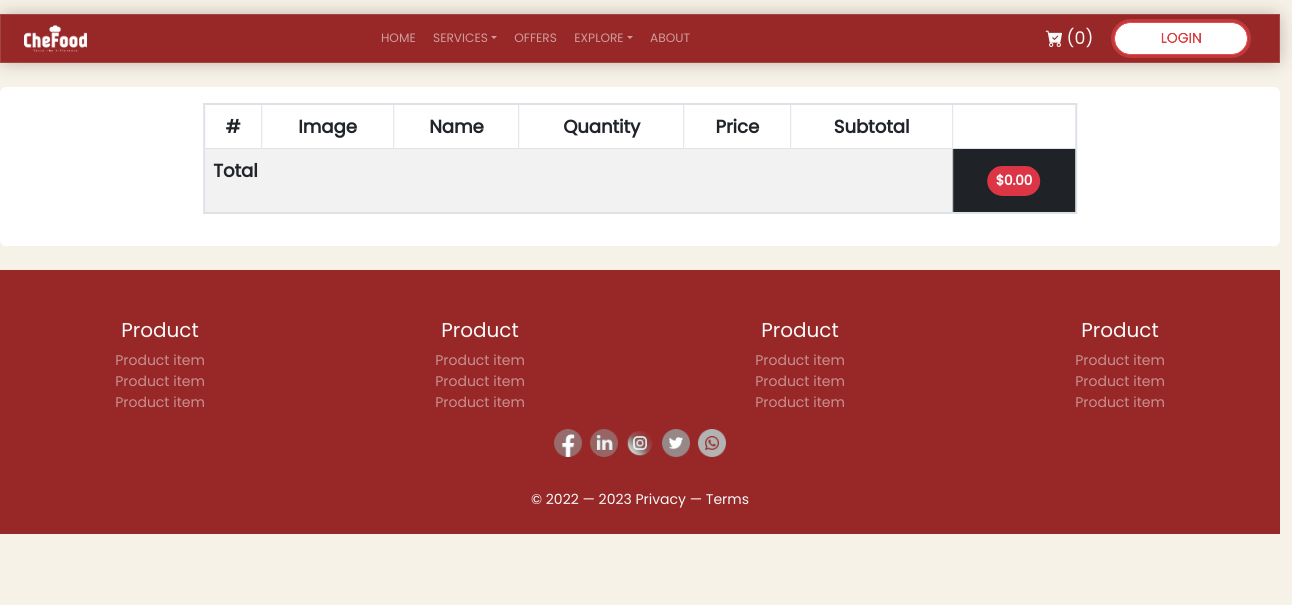
Repository: qamchamine/chefood
Page: /cart (app in front-end/)
The author's editor kept a copy of each file at every save. The page is drawn from the files as they stood at one save, then again after the next save.
The browser window is 1280 px wide. The page is 1292 px wide, so the pictures cover 1292 px, including what lies to the right of the window. The pictures show the whole page.
The project was rebuilt for these pictures with package versions that can differ from the ones it lists, and the page was loaded fresh each time. Some packages were replaced by stand-ins written for this rebuild. Also part of the build but not shown: front-end/src/css/products.css, front-end/src/components/small_components/ProductCard.jsx, front-end/src/components/small_components/AddProduct.jsx, front-end/src/components/pages/sub-pages/Products.jsx, front-end/src/components/small_components/ButtonMain.jsx, front-end/src/components/small_components/HomeCard.jsx, front-end/src/components/small_components/HomeCardFullSection.jsx, front-end/src/components/pages/Home.jsx and 34 more. Imported but missing from the stored project, and not drawn on this page: front-end/src/sounds/applause.mp3, front-end/src/sounds/wheel.mp3.

Above is the page before, as saved 2023-06-25 20:06:20.

### front-end/public/index.html
<!DOCTYPE html>
<html lang="en">
  <head>
    <meta charset="utf-8" />
    <link rel="icon" href="%PUBLIC_URL%/favicon.ico" />
    <meta name="viewport" content="width=device-width, initial-scale=1" />
    <meta name="theme-color" content="#000000" />
    <meta
      name="description"
      content="Web site created using create-react-app"
    />
    <link
    rel="stylesheet"
    href="https://fonts.googleapis.com/css?family=Roboto:400,700"
  />
  <link rel="stylesheet" href="https://cdn.jsdelivr.net/npm/bootstrap-icons@1.10.5/font/bootstrap-icons.css">

    <link rel="apple-touch-icon" href="%PUBLIC_URL%/logo192.png" />
    <link rel="manifest" href="%PUBLIC_URL%/manifest.json" />

    <link rel="stylesheet" href="https://fonts.googleapis.com/icon?family=Material+Icons">

    <link rel="stylesheet" href="https://maxcdn.bootstrapcdn.com/font-awesome/4.7.0/css/font-awesome.min.css">
    <script src="https://code.jquery.com/jquery-3.5.1.min.js"></script>
    <script src="https://cdn.jsdelivr.net/npm/popper.js@1.16.0/dist/umd/popper.min.js"></script>




    <title>React App</title>
  </head>
  <body>

    <div id="root"></div>
<!--     <script src="jquery/jquery-3.6.0.js"></script>  -->
    <script src="https://unpkg.com/sweetalert/dist/sweetalert.min.js"></script>

  </body>
</html>

### front-end/src/config/ShoppingContext.jsx

  import React, { createContext, useState, useEffect } from 'react';
  import Swal from 'sweetalert2'
  import axios from 'axios';

   const ShoppingContext = createContext();

const ShoppingProvider = ({ children }) => {
/*     const [orders,setOrders] = useState([])
     */

/*       function removeFromCart(item){
        setCartItems(cartItems.filter(product => product.id !== item.id));
        Swal.fire({
          position: 'top-end',
          icon: 'success',
          title: 'Your item has been removed',
          showConfirmButton: false,
          timer: 1500
        });
      } */

      return (
    <ShoppingContext.Provider value={
        { /* orders,setOrders */
          /* products,  cartItems, removeFromCart */
        }
      }>      {children}
    </ShoppingContext.Provider>
  );
};
export { ShoppingContext, ShoppingProvider }

### front-end/src/components/Footer.jsx
import React, { useEffect } from 'react'

import Facebook from '../images/icons/facebook.png'
import Linkedin from '../images/icons/linkedin.png'
import Instagram from '../images/icons/instagram.png'
import Twitter from '../images/icons/twitter.png'
import Whatsapp from '../images/icons/whatsapp.png'
import './../css/nav-footer.css';
export default function Footer() {

    return (
        <div className='footer container-fluid' style={{ background: '#982727' }}>
            <footer className=' py-2 pt-5 d-grid text-light'>
                <div className='row justify-content-around text-center '>
                    <div className='d-grid col-6 col-sm-12 col-md-6 col-lg-4 col-xl-3'>
                        <h5>Product</h5>
                        <a className='text-decoration-none text-light opacity-50' href="">Product item</a>
                        <a className='text-decoration-none text-light opacity-50' href="">Product item</a>
                        <a className='text-decoration-none text-light opacity-50' href="">Product item</a>
                    </div>
                    <div className='d-grid col-6 col-sm-12 col-md-6 col-lg-4 col-xl-3'>
                        <h5>Product</h5>
                        <a className='text-decoration-none text-light opacity-50' href="">Product item</a>
                        <a className='text-decoration-none text-light opacity-50' href="">Product item</a>
                        <a className='text-decoration-none text-light opacity-50' href="">Product item</a>
                    </div>
                    <div className='d-grid col-6 col-sm-12 col-md-6 col-lg-4 col-xl-3'>
                        <h5>Product</h5>
                        <a className='text-decoration-none text-light opacity-50' href="">Product item</a>
                        <a className='text-decoration-none text-light opacity-50' href="">Product item</a>
                        <a className='text-decoration-none text-light opacity-50' href="">Product item</a>
                    </div>
                    <div className='d-grid col-6 col-sm-12 col-md-6 col-lg-4 col-xl-3'>
                        <h5>Product</h5>
                        <a className='text-decoration-none text-light opacity-50' href="">Product item</a>
                        <a className='text-decoration-none text-light opacity-50' href="">Product item</a>
                        <a className='text-decoration-none text-light opacity-50' href="">Product item</a>
                    </div>
                </div>
                <div className='footer-icons row justify-content-center py-3 '>
                    <div className='d-flex gap-2 justify-content-center'>
                        <a href=""> <img src={Facebook} className='footer-icon' alt="" /> </a>
                        <a href=""> <img src={Linkedin} className='footer-icon' alt="" /> </a>
                        <a href=""> <img src={Instagram} className='footer-icon' alt="" /> </a>
                        <a href=""> <img src={Twitter} className='footer-icon' alt="" /> </a>
                        <a href=""> <img src={Whatsapp} className='footer-icon' alt="" /> </a>

                    </div>
                </div>
                <div className='row justify-content-center py-3'>
                    © 2022 — 2023 Privacy — Terms
                </div>
            </footer>
        </div>

    )
}

### front-end/src/components/small_components/shopping/Cart.jsx
import React,{useContext ,useEffect, useState} from 'react';
import axios from 'axios';
import '../../../css/cart.css'
import { ShoppingContext } from '../../../config/ShoppingContext';
import { LoginContext } from '../../../config/LoginContext';
import { getProd } from '../../pages/sub-pages/Products';
export default function Cart() {
    const {orders, setOrders} = useContext(LoginContext);
    const {prod, setProd} = useContext(LoginContext);
    const {userData, setUserData} = useContext(LoginContext);
    const {isLoggedIn} = useContext(LoginContext);
    const {loading, setLoading} = useContext(LoginContext);
    const [userOrders, setUserOrders] = useState([]);

/* useEffect(() => {
  setUserOrders(orders.filter(el=>el.user_id === 1))

  console.log(userOrders);
},[]); */

    return (
        <div className="row my-4 cart-page">
            <div className="col-md-12">
                <div className="card">
                    <div className="card-body">
                        <table className="table table-hover table-striped ajouterPanierTable table-bordered">
                            <thead >
                                <tr>
                                    <th >#</th>
                                    <th >Image</th>
                                    <th >Name</th>
                                    <th >Quantity</th>
                                    <th >Price</th>
                                    <th>Subtotal</th>
                                    <th ></th>
                                </tr>
                            </thead>
                            <tbody>
                            { isLoggedIn?orders.map((item,i) => (
                                    <tr key={item.id}>

                                        <th scope="row">{i+1}</th>
                                        <td>
                {/*                             <img src={require(`../../../images/products/${prod.find(el=>el.id==item.product_id).category} (${prod.find((el,i)=>el.id===item.product_id).img}).png`)} alt={item.product_name}
                                                className="img-fluid rounded"
                                                width={60} height={60} /> */}
                                        </td>
                                        <td>{item.product_name}</td>
                                        <td>

                                            <b className="mx-2">
                                                {item.product_quantity}
                                            </b>

                                        </td>
                                        <td>{prod.find((el,i)=>el.id===item.product_id).price} <b>MAD</b> </td>
                                       <td>{(item.product_quantity * prod.find((el,i)=>el.id===item.product_id).price).toFixed(2)} MAD</td>
                                        <td>
                                            <i
                                                className="bi bi-cart-x text-danger"
                                                style={{cursor: 'pointer'}}
                                          /*       onClick={() => removeFromCart(item)} */
                                            ></i>
                                        </td>
                                    </tr>
                                )): ''
                            }
                            <tr>
                                <th colSpan={6} className="text-start">
                                    Total
                                </th>
                                <th colSpan={1} className=" bg-dark py-3">
                                    <span className="badge bg-danger text-center p-2 rounded-pill ">
                                        $
                                        {
                                            orders.reduce((acc,item) => acc += item.product_quantity * prod.find((el,i)=>el.id===item.product_id).price,0).toFixed(2)
                                        }
                                    </span>
                                </th>
                            </tr>
                            </tbody>
                        </table>
                    </div>
                </div>
            </div>
        </div>
    )
}

### front-end/src/css/home.css
.homeBG {
    height: fit-content;
    position: relative;
    right: -10%;
    top: 34%;
    z-index: -1;
    width: 100em !important;


}
@font-face {
    font-family: 'poppin';
    src: url('../fonts/Poppins/Poppins-Regular.ttf') ;
    font-weight: normal;
    font-style: normal;
  }
body {
    font-family:'poppin', sans-serif !important;
    background-color: #F7F2E7 !important;
    max-width: 100vw;
    font-weight: normal !important;
    overflow-x: hidden;
    font-size: 14px !important;
}

body::-webkit-scrollbar {
    width: 0;
}

.nb {
/*     position: fixed; */
/*     top: 1em; */
    background-color: #982727 !important;
    box-shadow: 0 0px 20px #1f020241;
    border: 1px solid #ffffff22;
}

.navbar {
    background-color: #982727 !important;
}

.changeColor {
    background-color: blue !important;
}

.signUP {
    background: white !important;
    color: #982727 !important;
    font-weight: bold !important;
    outline: 5px solid #982727ab;
    outline-offset: -2px;
    transition: 500ms ease;


}

.homeContent {
    height: 90vh;
    z-index: 0;
    margin-top: -1.5em !important;
}

.homeContent h1 {
    color: #F7F2E7;
    text-align: start;
width: 40vw !important;
}

.homeContent h1 span {
    position: relative;
    display: inline-block;
    margin-bottom: 10px;
    padding: 4px 20px 8px;
    transition: 1s ease;
}

.homeContent h1 span::before {
    content: '';
    position: absolute;
    background: #982727;
    left: 0;
    top: 0;
    z-index: -1;
    width: 100%;
    height: 100%;
    transform: skew(-10deg);
}

.homeContent h1 span:last-child::before {
    transform: skew(10deg);
}

.homeContent p {
    width: 72%;
    color: #982727;
    text-align: left;
}

.homeContent .homeMainButtons {
    width: 72%;
}

.cardBtn {
    transition: 1s ease;
}

.cardBtn:hover {
    filter: brightness(130%);

}

.cardBtn i {
    left: 63%;
    transition: 300ms ease;
}

.cardBtn:hover i {
    left: 75%;
}

.btnMain:hover {
    filter: brightness(130%);
}

.card-img-top {
    object-fit: cover;
}

.signUP:hover {

    background: #982727 !important;
    color: white !important;
    font-weight: bold !important;
    outline: 5px solid #ffffff55;
    outline-offset: -4px;
}

.cardsGroup:not(:first-child) {
    translate: 50% 0;
}

.arrow-1-1 {
    position: absolute;
    top: 50%;
    left: 0;
}

.home .carousel-control-prev-icon,
.home .carousel-control-next-icon {

    width: 1.3em;
    height: 1.3em;
    color:black !important;

    outline: 12px solid #982929;
    outline-offset: -1px;
    background-color: #982929;
    background-size: 100%, 100%;
    border-radius: 50%;
    box-shadow: 0 0 10px black;
}

.home .carousel-control-prev,
.home .carousel-control-next {
    z-index: 10;
    width: 4em !important;
/*     background: red; */

}

/* .py-4 {
    padding-top: 0rem !important;
    padding-bottom: 0rem !important;
} */

.nb{
    zoom:87%;
}

### front-end/src/css/cart.css
.ajouterPanierTable td{
    font-size: .9em;
    width: fit-content !important;
    text-align: center;
}
.ajouterPanierTable th{
    width: fit-content !important;
    text-align: center;
}
.ajouterPanierTable {
width: 70% !important;
position: relative;
left: 50%;
translate: -50% 0;
border: 2px solid black;
}
.cart-page .card {
    box-shadow:none;
}

### front-end/src/css/Reviews.css
.Reviews-color
{
  color : #982727;
  text-transform: uppercase;
  letter-spacing: 0.5em;
}
.Reviews-paragraph
{
  font-size: 0.8em;
}
.parent-card{
    margin-top:50px !important;
}
.card
{
    border: none !important;
    box-shadow: 0 4px 8px 0 rgba(0, 0, 0, 0.2), 0 6px 20px 0 rgba(0, 0, 0, 0.19);
}
.user-name
{
    color : #000D7E;
}
.description
{
    color: #982727;
    font-size: 0.75em;
}
.comment{
    margin:5px;
    font-size:0.55em;
}
.reviewCardImage{
    margin-top:16px;
}
.reviewCard:hover .reviewCardImage{
    scale:1.2;
    margin-inline:.3em;
}
.reviewCard:hover .reviewCardImage{
    transition:300ms ease;
}
.reviewCard:hover .hoverstar{
    scale:1.2;
    margin-inline:.3em;
}
.reviewCard .hoverstar{
    transition:300ms ease;
}
.reviewCardImage{
    width:40%;
    transition:300ms ease;
}

.reviewCard strong{
    left:50%;
    translate:-50% 0;
    width:100%;
    bottom:.9em;
}

.the-bottom-page{
    margin-top:25px;
    position: absolute;
    left: auto;
    right: 0;
}

@media (max-width: 1200px) { /* Extra large devices (large desktops, 1200px and up) */
    .card {
      width: 100%;
    }
    .col-4 {
      width: 33.33333333%;
    }
    strong img{
        width: 19px;
    }
  }
  @media (max-width: 1118px) { /* Large devices (desktops, 992px and up) */
    .card {
      width: 100%;
    }
    .col-4 {
        width: 33.33333333%;
    }
    strong img{
        width: 16px;
    }
  }
  @media (max-width: 992px) { /* Medium devices (tablets, 768px and up) */
    .card {
        width: 140%;
    }
  }
  @media (max-width: 770px) { /* Medium devices (tablets, 768px and up) */
    .card {
        width: 95%;
    }
    .col-4 {
        width: 25% !important;
    }
    .parent-card
    {
        --bs-gutter-x: 0.5rem;
        display: grid !important;
        grid-template-columns: repeat(2, 1fr);
    }
    .col-4 {
        margin-top:10px !important;
        width: 60% !important;
    }
  }
  @media (max-width: 716px) { /* Small devices (landscape phones, 576px and up) */

    .card {
        width: 95%;
    }
        strong img{
        width: 16px;
    }
  }
  @media only screen and (max-width: 576px){ /* Small devices (landscape phones, 576px and up) */

    .card {
        width: 95%;
    }
    .col-md-2 {
        flex: 0 0 16.666667%;
        max-width: 16.666667%;
    }
    strong img{
        width: 16px;
    }
  }

  @media only screen and (max-width: 528px){ /* Small devices (landscape phones, 576px and up) */

    .card {
        width: 70%;
        margin-left:30px;
    }
    .parent-card
    {
        --bs-gutter-x: 0.5rem;
        display: grid !important;
        grid-template-columns: repeat(1, 1fr);
    }
    .col-md-2 {
        flex: 0 0 16.666667%;
        max-width: 16.666667%;
    }
    strong img{
        width: 16px;
    }
  }

  @media only screen and (max-width: 365px){ /* Small devices (landscape phones, 576px and up) */

    .card {
        width: 80%;
        margin-left:20px;
    }
    .parent-card
    {
        --bs-gutter-x: 0.5rem;
        display: grid !important;
        grid-template-columns: repeat(1, 1fr);
    }
    .col-md-2 {
        flex: 0 0 16.666667%;
        max-width: 16.666667%;
    }
    strong img{
        width: 16px;
    }
  }

### front-end/src/css/location.css
@import url('https://fonts.googleapis.com/css2?family=Roboto:wght@100&display=swap');

.location-color
{
  color : #982727;
  text-transform: uppercase;
  letter-spacing: 0.3em;
}
.where-restorant
{
    width: 459px;
    margin:auto;
}
.restorant-location-title{
    font-family: 'Century Gothic';
    font-size:32px;
    font-weight:400;
}
.restorant-location-line{
    background:#B12222;
    height: 3px;
    width: 450px;
    display: inline-block;
    margin: 15px auto;
}
.restorant-location-p
{
    color:#000000 75%;
    font-size: 15px;
    font-weight: 400;
    font-family: 'Roboto', sans-serif;
}
.main-location{
    display: grid !important;
    grid-template-columns: repeat(2, 1fr);
    flex-direction: column;
    justify-content: center;
    align-items: center;
    text-align:center;
}
.restorant-location-btn{
    background-color: #B12222;
    border: none;
    width: 300px;
    height: 40px;
    border-radius: 15px;
    color: #fff;
}
.restorant-location-btn:hover{
    background-color: #fff;
    border: 2px solid #B12222;
    border-radius: 15px;
    color: #B12222;
}
.location-icon{
    margin-right: 15px;
}


  @media (max-width: 1123px) { /* Extra large devices (large desktops, 1200px and up) */
    .earth-image img{
        width: 450px;
    }
  }
  @media (max-width: 992px) { /* Medium devices (tablets, 768px and up) */
    .earth-image img{
        width: 400px;
    }
    .where-restorant {
        width: 400px;
        margin: auto;
    }
    .restorant-location-line{
        width: 350px;
        display: inline-block;
    }
  }
  @media (max-width: 868px) { /* Medium devices (tablets, 768px and up) */

    .earth-image img{
        width: 380px;
    }
    .where-restorant {
        width: 380px;
        margin: auto;
    }
    .restorant-location-line{
        width: 320px;
        display: inline-block;
    }
    .restorant-location-p{
        font-size: 13px;
    }
    .restorant-location-title{
        font-size:28px;
    }

  }
  @media (max-width: 783px) { /* Small devices (landscape phones, 576px and up) */
    .earth-image img{
        margin-top: 30px;
        width: 380px;
    }
    .where-restorant {
        width: 380px;
        margin: auto;
    }
    .restorant-location-line{
        width: 320px;
        display: inline-block;
    }
    .restorant-location-p{
        font-size: 15px;
    }
    .restorant-location-title{
        font-size:32px;
    }
    .main-location{
        display: grid !important;
        grid-template-columns: repeat(1, 1fr);
        justify-items: center;
        text-align:center;
    }
  }
  @media(max-width: 401px){ /* Small devices (landscape phones, 576px and up) */
    .earth-image img{
        width: 330px;
        margin-top: 30px;
    }
    .where-restorant {
        width: 330px;
        margin: auto;
    }
    .restorant-location-line{
        width: 320px;
        display: inline-block;
    }
    .restorant-location-p{
        font-size: 13px;
    }
    .restorant-location-title{
        font-size:28px;
    }
    .main-location{
        display: grid !important;
        grid-template-columns: repeat(1, 1fr);
        justify-items: center;
        text-align:center;
    }
  }

### front-end/src/css/contactus.css
@import url('https://fonts.googleapis.com/css2?family=Inter:wght@200;400&family=Quattrocento+Sans&family=Roboto&display=swap');

.contactus-color{
    color : #982727;
    text-transform: uppercase;
    letter-spacing: 0.3em;
}
.image-contactus img{
    height: 620px;
}
.main-contactus{
    display: grid !important;
    grid-template-columns: repeat(2, 1fr);
    justify-items: center;
}
.message-information-send{
    width:auto;
    margin:auto;
}
.message-information-send label
{
    margin:25px 0 10px 0;
    font-family: 'Inter';
    font-style: normal;
    font-weight: 400;
    font-size: 13px;
    line-height: 26px;
    color: #692C2C;
}
.message-information-send input{
    padding:3px 15px;
    margin:15 0px;
    Width:425px;
    Height:56px;
    background: #F7F2E7;
    border: 2px solid #982727;
    border-radius: 5px;
}
.message-information-send {
    outline: none;
}
.message-information-send textarea{
    padding:15px;
    Width:425px;
    Height:220px;
    background: #F7F2E7;
    border: 2px solid #982727;
    border-radius: 5px;
}
.message-information-send textarea,input::placeholder{
    font-family: 'Inter';
    font-style: normal;
    font-weight: 200;
    font-size: 12px;
}
.message-information-send input,textarea:focus-visible{
    outline: none;
}
.send-contact-btn{
    margin-top: 14px;
    background-color: #B12222;
    border: none;
    width: 425px;
    height: 40px;
    border-radius: 15px;
    color: #fff;
    font-family: 'Roboto';
    font-style: normal;
    font-weight: 500;
    font-size: 19px;
}
.send-icon{
    margin-right:15px;
}
.send-contact-btn:hover{
    background-color: #fff;
    border: 2px solid #B12222;
    border-radius: 15px;
    color: #B12222;
}









  @media (max-width: 1118px) { /* Large devices (desktops, 992px and up) */
    .image-contactus img{
        height: 620px;
        width:550px;
    }

    .message-information-send input{
        width:325px;
    }
    .message-information-send textarea{
        width:325px;
    }
    .send-contact-btn{
        width:325px;
    }
  }
  @media (max-width: 992px) { /* Medium devices (tablets, 768px and up) */
    .image-contactus img{
        margin: auto;
        height: 550px;
        width:450px;
    }
    .message-information-send{
        margin-right:50px;
    }
    .message-information-send input{
        width:325px;
    }
    .message-information-send textarea{
        width:325px;
    }
    .send-contact-btn{
        width:325px;
    }
  }
  @media (max-width: 881px) { /* Medium devices (tablets, 768px and up) */
    .image-contactus img{
        margin: auto;
        height: 550px;
        width:450px;
    }
    .main-contactus{
        display: grid !important;
        grid-template-columns: repeat(1, 1fr);
        flex-direction: column;
        justify-content: center;
        align-items: center;
    }
    .message-information-send{
        margin:auto;
    }
    .message-information-send input{
        width: 425px;
    }
    .message-information-send textarea{
        width: 425px;
    }
    .send-contact-btn{
        width: 425px;
    }
  }


  @media only screen and (max-width: 467px){ /* Small devices (landscape phones, 576px and up) */

    .image-contactus img{
        margin: auto;
        height: 500px;
        width:330px;
    }
    .main-contactus{
        display: grid !important;
        grid-template-columns: repeat(1, 1fr);
        justify-items: center;
    }
    .message-information-send{
        margin:auto;
    }
    .message-information-send input{
        width: 325px;
    }
    .message-information-send textarea{
        width: 325px;
    }
    .send-contact-btn{
        width: 325px;
    }

  }

### front-end/src/css/Timer.css

@import url(https://fonts.googleapis.com/css?family=Titillium+Web:400,200,200italic,300,300italic,900,700italic,700,600italic,600,400italic);

/* .timer {
  font-family: 'Titillium Web', cursive;
  width: 800px;
  margin: 0 auto;
  text-align: center;
  color: white;
  background: #222;
  font-weight: 100;
} */

.timer {
  display: inline-flex;
  line-height: 1;
  padding: 20px;
  font-size: 40px;
  font-family: 'Times New Roman', cursive;


}
.timerD{
    border-radius: 2px;
    padding: 5px;
    font-size: 10px;
    border: 70px rgb(131, 55, 55);
    box-shadow:2px 2px 4px rgba(0, 0, 0, 0.4), 4px 4px 8px rgba(0, 0, 0, 0.2);
}

.Stime {
  display: block;
  font-size: 20px;
  color: rgb(206, 178, 19);

}

#days {
  font-size: 80px;
  color: rgb(92, 25, 5);
  background-color:rgb(230, 230, 234);

  margin: 15px;
}
#hours {
  font-size: 80px;
  color: rgb(92, 25, 5);
  background-color:rgb(230, 230, 234);
  margin: 15px;
}
#minutes {
  font-size: 80px;

  color: rgb(92, 25, 5);
  background-color:rgb(230, 230, 234);
  margin: 15px;
}
#seconds {
  font-size: 80px;
  color: rgb(92, 25, 5);
  background-color:rgb(230, 230, 234);
  margin: 15px;
}

Loaded but not shown: front-end/src/index.css (common file); front-end/src/config/LoginContext.js (93 lines, source omitted); front-end/src/App.js (42 lines, source omitted); front-end/src/index.js (24 lines, source omitted); front-end/src/css/reservation.css (400 lines, source omitted); front-end/src/components/Navbar.jsx (179 lines, source omitted); front-end/src/css/nav-footer.css (258 lines, source omitted)

After the next save:
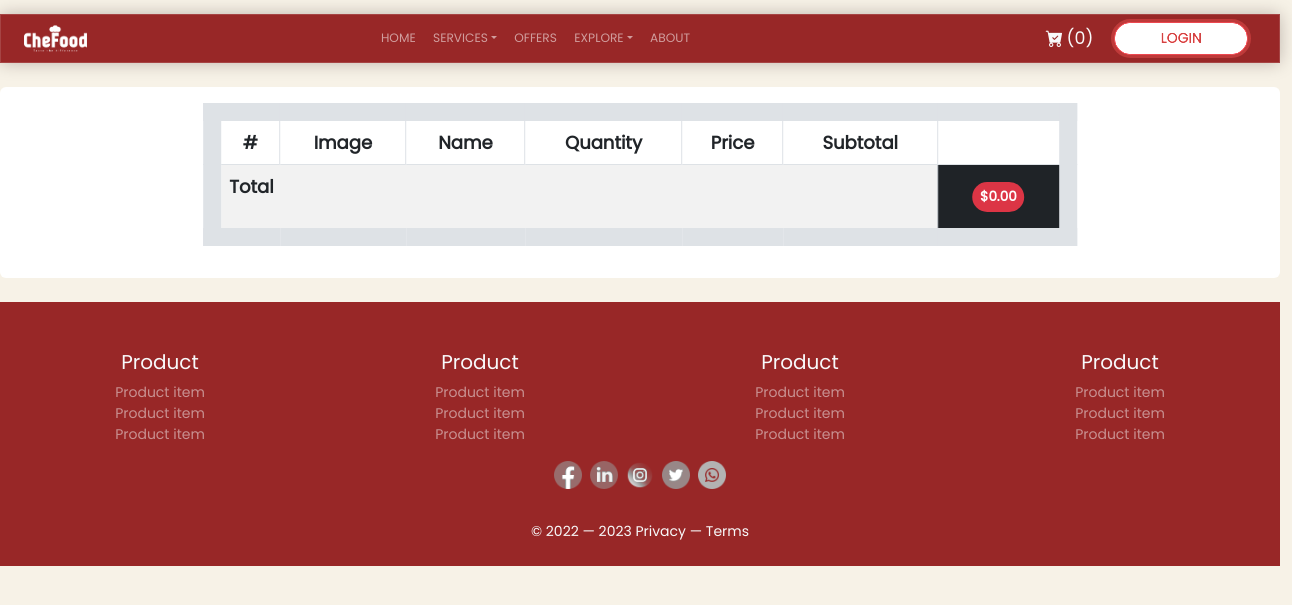
Saved 13 s later.
--- a/front-end/src/css/cart.css
+++ b/front-end/src/css/cart.css
@@ -12,7 +12,7 @@ width: 70% !important;
 position: relative;
 left: 50%;
 translate: -50% 0;
-border: 2px solid black;
+border: 1em solid black;
 }
 .cart-page .card {
     box-shadow:none;
